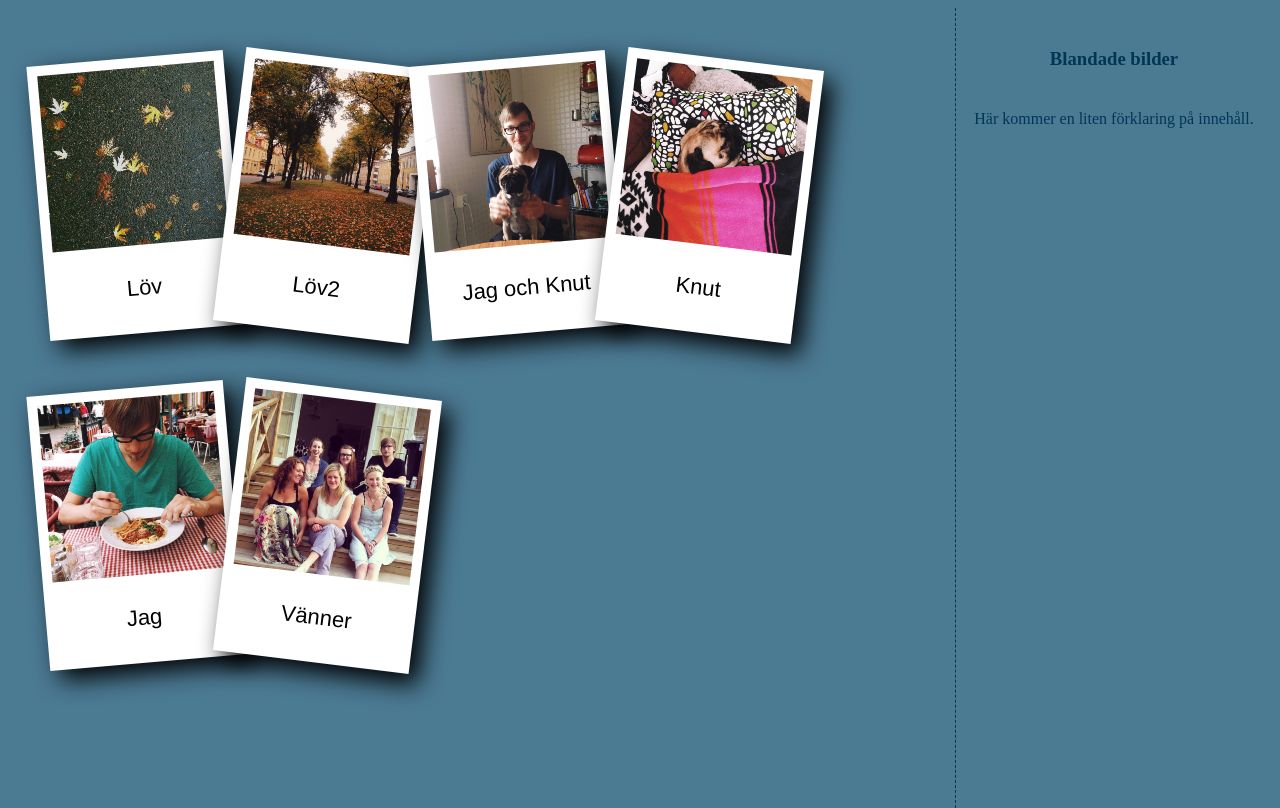
Repository: ml223nw/1ik415-laborationer
Page: gallery/index.html
The author's editor kept a record of every edit. The page is drawn from the files as they stood at one moment, then again after the next edit.
The browser window is 1280 px wide. The pictures show the whole page.
Some web fonts or font styles are not loaded; a fallback is used.

Above is the page before.

### gallery/index.html
<!doctype HTML>
<html lang="sv">
    <head>
        <link href='//fonts.googleapis.com/css?family=Averia+Sans+Libre' rel='stylesheet' type='text/css'>
        <meta charset="UTF-8">
        <link rel="stylesheet" href="stylesheet.css" />
    </head>
    <body>
        <div id="content">
            <div id="images">
                <a href="galleryimages/1.jpg" title="Löv"><img src="galleryimages/1.jpg" alt="Blöta löv på asfalt." /></a>
                <a href="galleryimages/2.jpg" title="Löv2"><img src="galleryimages/2.jpg" alt="Massvis med löv i gräset." /></a>
                <a href="galleryimages/3.jpg" title="Jag och Knut"><img src="galleryimages/3.jpg" alt="Jag och min hund, Knut." /></a>
                <a href="galleryimages/4.jpg" title="Knut"><img src="galleryimages/4.jpg" alt="Trött hund sover med filt och kudde." /></a>
                <a href="galleryimages/5.jpg" title="Jag"><img src="galleryimages/5.jpg" alt="Jag äter en utsökt pasta bolognese." /></a>
                <a href="galleryimages/6.jpg" title="Vänner"><img src="galleryimages/6.jpg" alt="Glada personer sitter på trappa" /></a>
            </div>
            <div id="sidebar">
                <h3>Blandade bilder</h3>
                <p>Här kommer en liten förklaring på innehåll.</p>
            </div>
        </div>
    </body>
</html>

### gallery/stylesheet.css
body
{
    background-color:#4B7A93;
}

a {
    z-index:0;
    display:inline-block;
    margin-top:50px;
    margin-left:30px;
    margin-right:-40px;
    margin-bottom:10px;
    padding:10px 10px 20px 10px;
    box-shadow:10px 10px 25px black;
    text-align:center;
    text-decoration:none;
    background-color:white;
    color:black;
    width:20%;
    position:relative;
    -webkit-transform: rotate(5deg);
    transform: rotate(5deg);
    -webkit-transition: width 0.5s, transform 0.2s, box-shadow 0.5s;
    transition: width 0.5s, transform 0.2s, box-shadow 0.5s;
}

a {
    font-family: 'Abel', sans-serif;
    font-size:22px;
    line-height:50px;
    margin-bottom:5px;
}

img {
    height:100%;
    width:100%;

}

#images {
    width:70%;
}

a:nth-child(odd) {
    -webkit-transform: rotate(-8deg);
    transform: rotate(-5deg);
}

a:nth-child(even) {
    -webkit-transform: rotate(11deg);
    transform: rotate(7deg);
}

a:after {
   display:block;
   content:attr(title);
}

#sidebar {
   float:right;
   border-left:1px dashed #013755;
   text-align:center;
   width:25%;
   height:800px;
}

#sidebar p, h3 {
   color:#013755;
   margin-top:40px;

}

#sidebar, #images {
    display:inline-block;
}

a:hover, a:focus {
    z-index:1;
    -webkit-transform: rotate(0deg) scale(1.3);
    transform: rotate(0deg) scale(1.3);
    background:#C9D2D7;
    box-shadow:35px 35px 100px black;
    -webkit-transition: transform 3s, box-shadow 3s;
    transition: transform 0.7s, box-shadow 3s;
}

After the next edit:
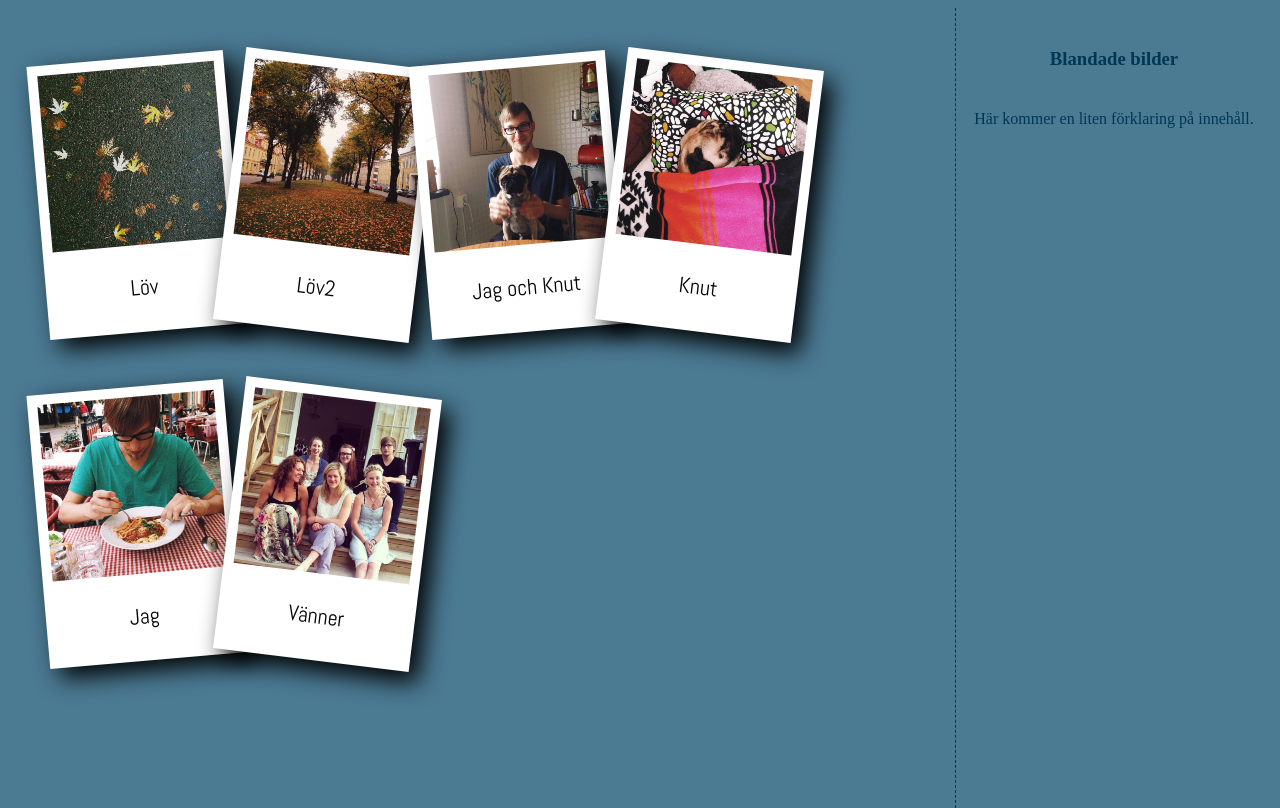
The edit:
--- a/gallery/index.html
+++ b/gallery/index.html
@@ -1,7 +1,7 @@
 <!doctype HTML>
 <html lang="sv">
     <head>
-        <link href='//fonts.googleapis.com/css?family=Averia+Sans+Libre' rel='stylesheet' type='text/css'>
+        <link href='//fonts.googleapis.com/css?family=Abel' rel='stylesheet' type='text/css'>
         <meta charset="UTF-8">
         <link rel="stylesheet" href="stylesheet.css" />
     </head>
